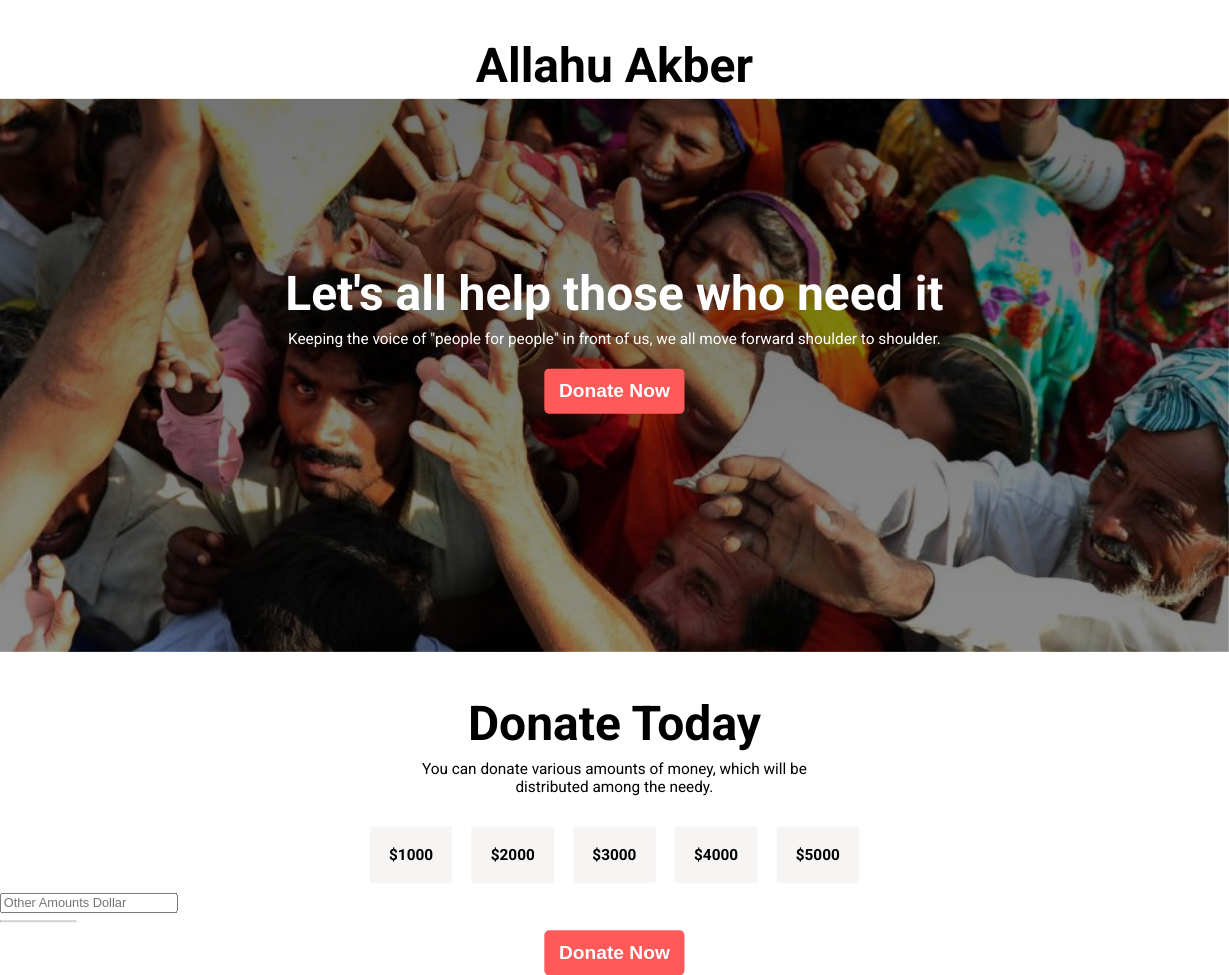
Repository: zjria/suppert-the-helpness
Page: index.html
An editor plug-in stored every save of this project. The page is shown before and after the next save, followed by the edit.
The browser window is 1280 px wide. The pictures show the whole page, at 96% of full size.

Above is the page before, as saved 2022-08-26 09:29:15.

### index.html
<!DOCTYPE html>
<html lang="en">

<head>
    <meta charset="UTF-8">
    <meta http-equiv="X-UA-Compatible" content="IE=edge">
    <meta name="viewport" content="width=device-width, initial-scale=1.0">
    <title>Support the helpless</title>
    <!-- Google Fonts -->
    <link rel="preconnect" href="https://fonts.googleapis.com">
    <link rel="preconnect" href="https://fonts.gstatic.com" crossorigin>
    <link href="https://fonts.googleapis.com/css2?family=Roboto:wght@100;300;400;500;700;900&display=swap"
        rel="stylesheet">
    <!-- Custom CSS -->
    <link rel="stylesheet" href="style.css">
</head>

<body>
    <h1>Allahu Akber</h1>
    <!-- Header Section -->
    <section class="header_section">
        <div class="header-text">
            <h1>Let's all help those who need it</h1>
            <p>Keeping the voice of "people for people" in front of us, we all move forward shoulder to shoulder.</p>
            <button class="button-style">Donate Now</button>
        </div>
    </section>
    <section class="donate-today">
        <h1>Donate Today</h1>
        <p>You can donate various amounts of money, which will be <br> distributed among the needy.</p>
        <div class="amounts">
            <div class="dollar">$1000</div>
            <div class="dollar">$2000</div>
            <div class="dollar">$3000</div>
            <div class="dollar">$4000</div>
            <div class="dollar">$5000</div>
        </div>
        <div class="input-field">
            <input type="text" placeholder="Other Amounts Dollar">
            <div class="line-style">
                <hr>
            </div>
            <button class="button-style">Donate Now</button>
        </div>
    </section>
</body>

</html>

### style.css
body {
    font-family: 'Roboto', sans-serif;
    margin: 0%;
    padding: 0%;
}

/* Header Section */
.header_section {
    background-image: linear-gradient(rgb(0, 0, 0, 0.55), rgb(0, 0, 0, 0.45)), url(images/header.jpg);
    background-position: center;
    background-size: cover;
    width: 100%;
    height: 80vh;
    color: white;
}

.header-text {
    margin: auto;
    justify-content: center;
    align-items: center;
    padding-top: 10%;
}

h1 {
    font-size: 50px;
    padding: 5px;
    margin-bottom: 1px;
    text-align: center;
}

p {
    font-size: 16px;
    padding: 2px;
    margin: 0px 0px 20px 0px;
    font: bolder;
    text-align: center;

}

.button-style {
    font-size: 20px;
    padding: 12px 15px;
    background-color: #ff5959;
    color: white;
    border-radius: 5px;
    border: none;
    font-weight: 700;
    text-align: center;
    align-items: center;
    justify-content: center;
    margin: 0 auto;
    display: flex;
}


/* donate-today */
.amounts {
    display: flex;
    margin: auto;
    align-items: center;
    text-align: center;
    justify-content: center;
}

.dollar {
    padding: 20px;
    background: rgb(247, 244, 244);
    margin: 10px;
    border-radius: 2px;
    font-weight: bold;
}

.dollar:hover {
    border: 1px solid #ff5959;
    background: #ffeeee;
    transition: none;
    transform: none;
    color: #ff5959;
    font-weight: bold;
}

.line-style {
    width: 80px;
}

After the next save:
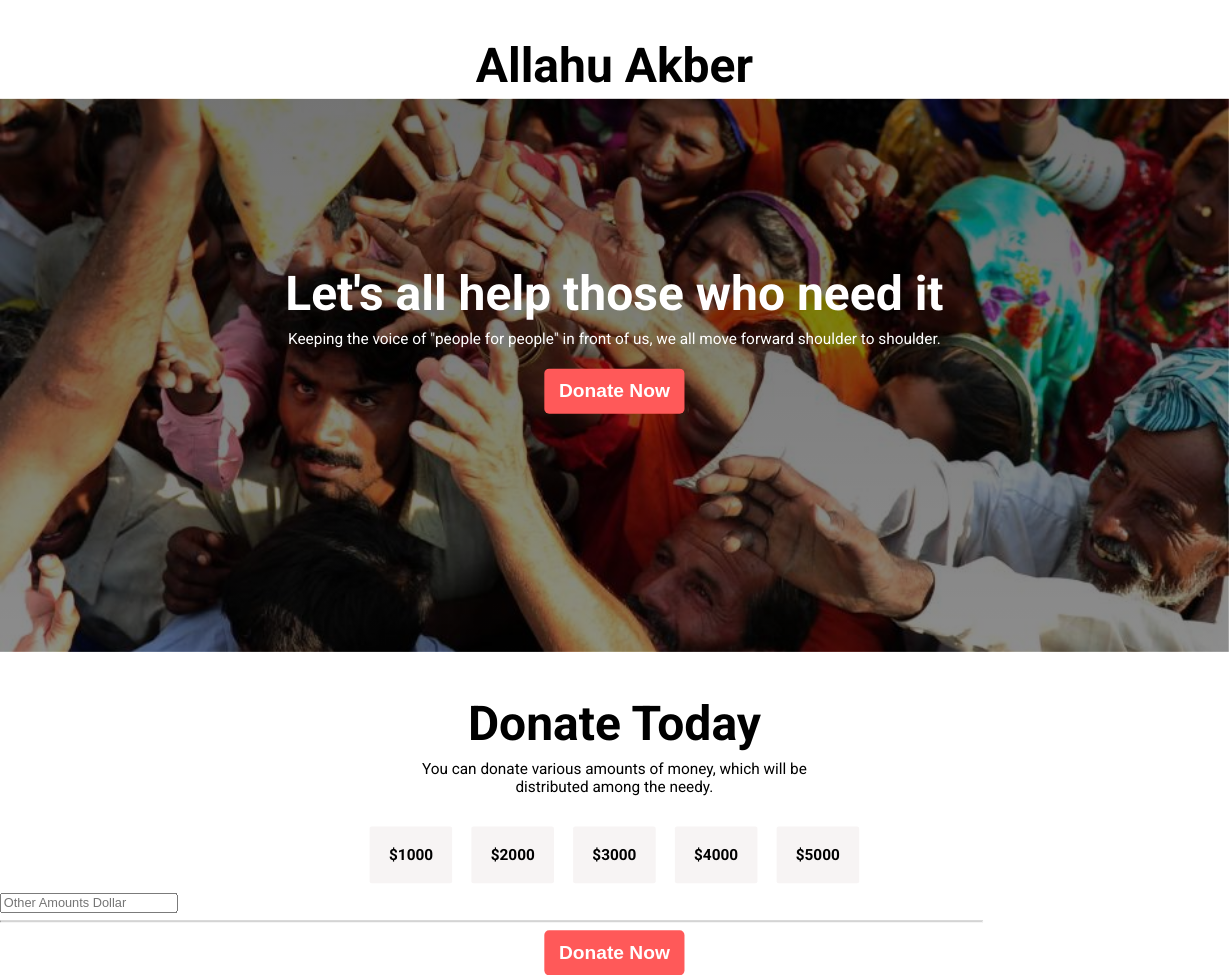
Saved 11 s later.
--- a/style.css
+++ b/style.css
@@ -80,5 +80,5 @@ p {
 }
 
 .line-style {
-    width: 80px;
+    width: 80%;
 }
